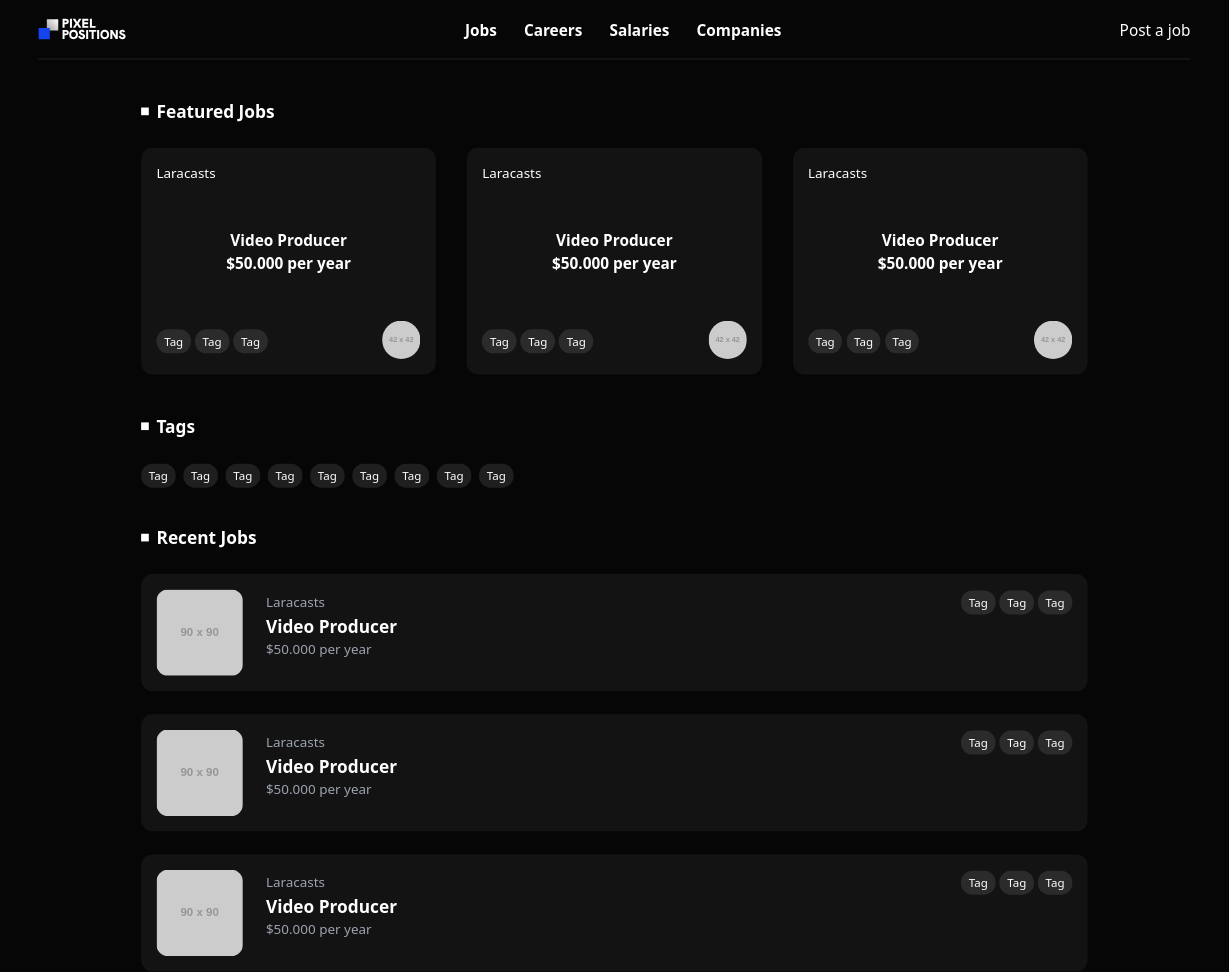
Repository: aggepap/pixel-positions-laravel
Page: http://localhost/
These files come from the project's save history. The page is drawn as it stood at one moment and after the next save; the edit follows.
The browser window is 1280 px wide. The pictures show the whole page, at 96% of full size.
The page is served by the project's Laravel application, run on PHP 8.4 with Laravel 12. Style sheets and scripts are compiled from the project's sources, by tool versions that may differ from the author's.

Above is the page before, as saved 2025-02-21 21:30:03.

After the next save:
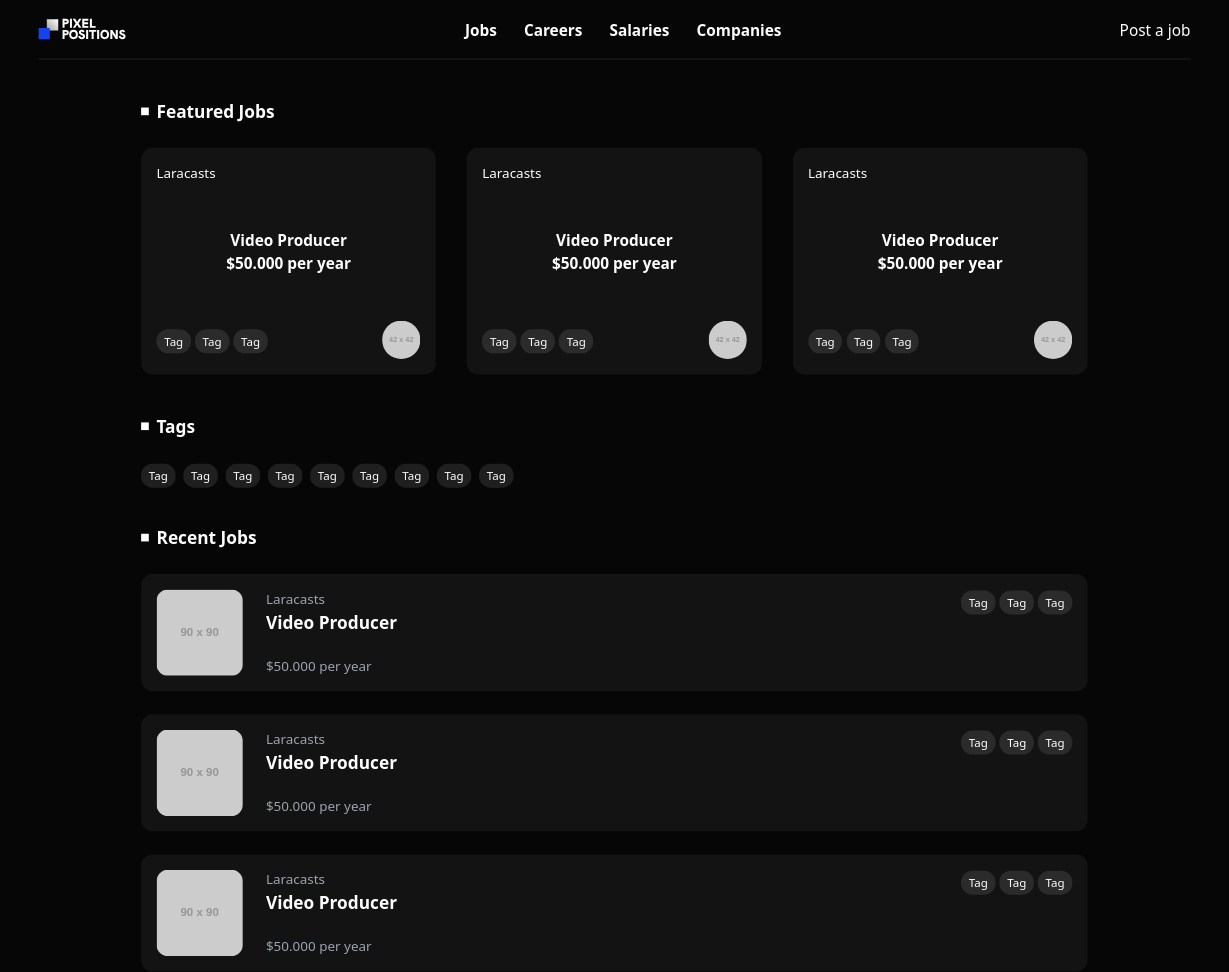
Saved 25 s later.
--- a/resources/views/components/job-card-wide.blade.php
+++ b/resources/views/components/job-card-wide.blade.php
@@ -1,6 +1,6 @@
 <div class=" p-4 bg-white/5 rounded-xl flex gap-x-6">
   <img src="https://placehold.co/90" alt="" class="rounded-xl">
-  <div class="flex-1">
+  <div class="flex-1 flex flex-col justify-between">
 
   <a href="#" class="self-start text-sm text-gray-400">Laracasts</a>
   <h3 class="font-bold text-lg">Video Producer</h3>
